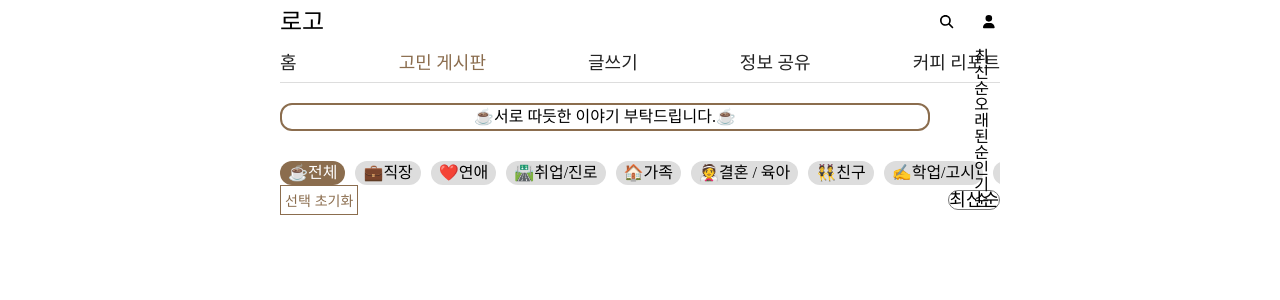
Repository: zlazlazla35/coffee
Page: /list
These files come from the project's save history. The page is drawn as it stood at one moment and after the next save; the edit follows.
The browser window is 1280 px wide. The pictures show the whole page.
Some web fonts or font styles are not loaded; a fallback is used. The project was rebuilt for these pictures with package versions that can differ from the ones it lists, and the page was loaded fresh each time. The framework's server and built-in components were replaced by stand-ins that run in the browser. Also part of the build but not shown: next.config.mjs.

Above is the page before, as saved 2024-12-26 18:25:21.

After the next save:
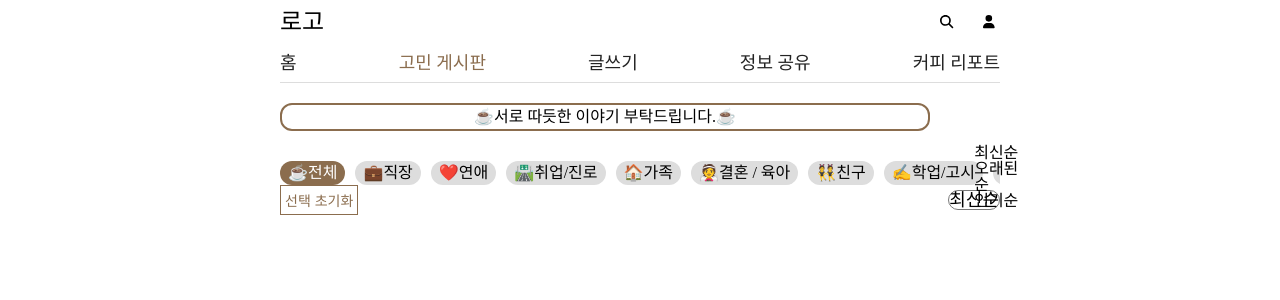
Saved 4 s later.
--- a/src/app/globals.css
+++ b/src/app/globals.css
@@ -79,6 +79,6 @@ a {text-decoration: none; color: inherit;}
 .liset_page .filterBox {width: 100%; display: flex; align-items: center; justify-content: space-between;}
 .liset_page .filterBox .filterSelectBox {display: inline-block; position: relative; border: 1px solid #787878; border-radius: 10px;}
 .liset_page .filterBox .filterSelectBox .title {font-size: 18px;}
-.liset_page .filterBox .filterSelectBox .filterSelect {position: absolute; left: 50%; bottom: 0;}
+.liset_page .filterBox .filterSelectBox .filterSelect {position: absolute; left: 50%; bottom: 0; width: 100%;}
 
 .liset_page .filterBox .tag_reset{display: inline-block; box-sizing: border-box; padding: 4px; border: 1px solid #8b6d4e; background: none; color: #8b6d4e; font-size: 14px; }
